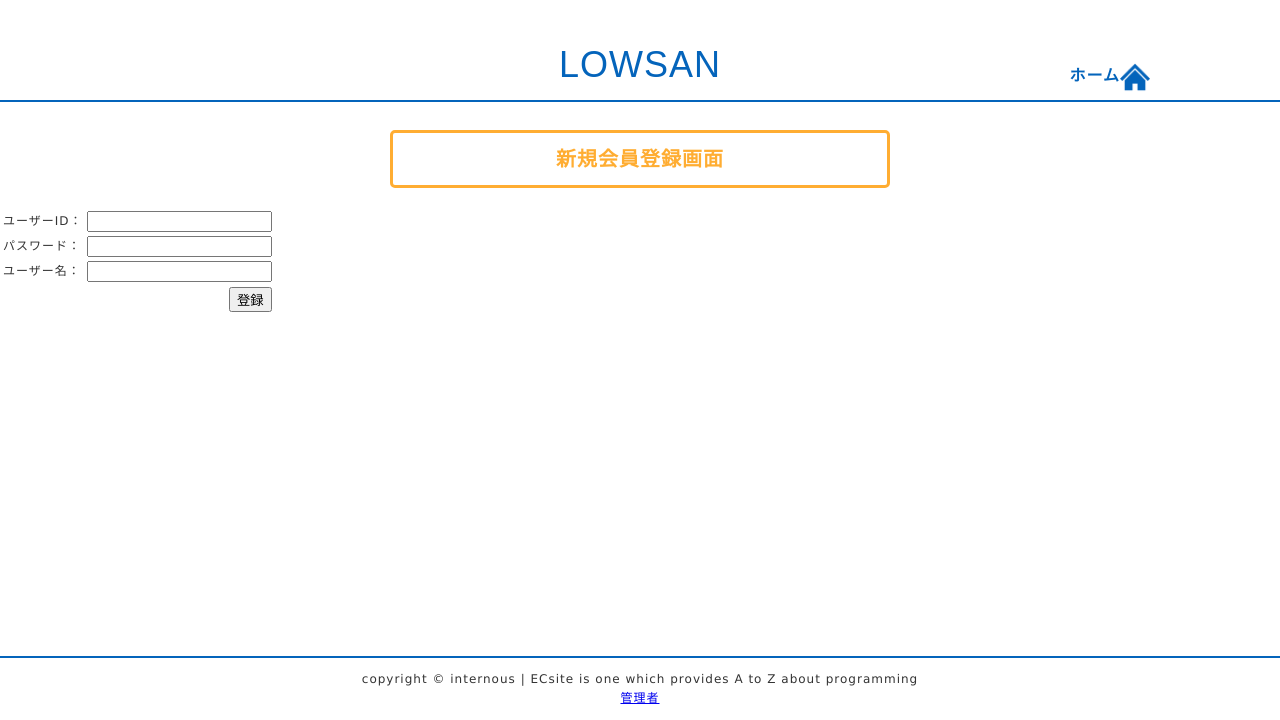
Repository: nishimura0212/myECsite
Page: http://localhost/ecsite/UserCreateAction
These files come from the project's save history. The page is drawn as it stood at one moment and after the next save; the edit follows.
The browser window is 1280 px wide. The pictures show the whole page.
The page is served by Tomcat 9. Other server files are loaded and not shown.

Above is the page before, as saved 2019-01-19 09:29:13.

### ecsite/WebContent/userCreate.jsp
<%@ page language="java" contentType="text/html; charset=UTF-8"
    pageEncoding="UTF-8"%>
<%@ taglib prefix="s" uri="/struts-tags" %>
<!DOCTYPE html>
<html>
<head>
<meta http-equiv="Content-Type" content="text/html; charset=UTF-8"/>
<meta http-equiv="Content-Script-Type" content="text/javascript"/>
<meta http-equiv="imagetoolbar" content="no"/>
<meta name="description" content=""/>
<meta name="keywords" content=""/>
<title>UserCreate画面</title>
<link rel="stylesheet" type="text/css" href="css/style.css">
</head>
<body>
	<div id="header">
		<p>LOWSAN</p>
		<div id="header-icon">
			<ul>
				<li class="icon">
					<a href="GoHomeAction">
					ホーム<img src="./img/icon/home.png" width="30px" height="30px">
					</a>
				</li>
			</ul>
		</div>
	</div>
	<div id="main">
		<div id="top">
			<p>新規会員登録画面</p>
		</div>
		<div>
			<s:if test="errorMessage != ''">
				<s:property value="errorMessage" escape="false" />
			</s:if>
			<table>
				<s:form action="UserCreateConfirmAction">
					<tr>
						<td><label>ユーザーID：</label></td>
						<td><input type="text" name="loginUserId" value="" /></td>
					</tr>
					<tr>
						<td><label>パスワード：</label></td>
						<td><input type="text" name="loginPassword" value="" /></td>
					</tr>
					<tr>
						<td><label>ユーザー名：</label></td>
						<td><input type="text" name="userName" value="" /></td>
					</tr>
					<s:submit value="登録" />
				</s:form>
			</table>
		</div>
	</div>
	<div id="footer">
		<p>copyright &copy; internous | ECsite is one which provides A to Z about programming<br/>
		<a href = '<s:url action="AdminAction"/>'>管理者</a></p>
	</div>
</body>
</html>

### ecsite/WebContent/css/style.css
@CHARSET "UTF-8";

/* bodyレイアウト */
body{
	margin: 0;
	padding: 0;
	height: 100%;
	height: auto;
	line-height: 1.6;
	letter-spacing: 1px;
	font-family: Verdana,Helvetica,sans-serif;
	font-size: 12px;
	color: #333;
	background: #fff;
}

/* headerレイアウト */
#header{
	position: fixed;
	left: 0;
	top: 0;
	z-index: 2;
	width: 100%;
	height: 100px;
	text-align: center;
	background-color: #fff;
	border-bottom: 2px solid #0464bb;
}
#header p{
	color: #0464bb;
	font-family: "メイリオ",sans-serif;
	font-size: 36px;
}
#header-icon{
	position: absolute;
	top: 50px;
	right: 100px;
}
#header-icon .icon{
	float: left;
	margin: 0 auto;
	margin-right: 30px;
	list-style-type: none;
	font-size: 16px;
	font-weight: bold;
}
#header-icon .icon img{
	clear: both;
	vertical-align: middle;
}
#header-icon .icon a{
	color: #0464bb;
	text-decoration:none;
}
.icon:hover{
	cursor: pointer;
}

/* mainレイアウト */
#main{
	position: relative;
	top: 110px;
	width: 100%;
	padding-bottom: 60px;
}

.waku{
	margin-top: 50px;
}

/* 見出しレイアウト */
#top{
	width: 500px;
	margin: 0px auto;
	margin-top: 10px;
	text-align: center;
}
#top p{
	font-size: 20px;
	font-weight: bold;
	border: 3px solid #FFAD32;
	border-radius: 5px;
	color: #FFAD32;
	background-color: #fff;
	padding: 10px 0px;
}

/* tableレイアウト */
.table{
	margin: 0 auto;
	width: 800px;
	font-size: 24px;
	padding: 40px 30px 50px 20px;
	background-color: #FFFDEB;
	color: #FFAD32;
	border-radius: 10px;
}

/* ログイン画面 */
.textarea{
	width: 100%;
	height: 30px;
	font-size: 22px;
	padding-left: 1%;
	border-radius: 15px;
}
input[type="text"]:focus {
	border: 2px solid #FFD493;
	outline: 0;
}
input[type="password"]:focus {
	border: 2px solid #FFD493;
	outline: 0;
}
.error{
	margin: 0 auto;
	width: 500px;
	text-align: center;
}
.error p{
	color: #FF5151;
	font-size: 14px;
}
.single{
	margin-top: 20px;
	text-align: center;
	padding: 20px;
}
.single_btn{
	width: 100px;
	height: 40px;
	padding: 5px;
	background-color: #FFAD32;
	font-size: 12px;
	font-weight: bold;
	color: white;
	border-color: none;
	border-radius: 20px;
}
.single_btn:hover{
	background-color: #F99500;
	cursor: pointer;
}

/* 会員画面 */
.comment{
	text-align: center;
	font-size: 14px;
}
.main-text{
	text-align: center;
	margin-top: 10px;
}
.userButton{
	margin-top: 20px;
	width: 300px;
	height: 100px;
	color: #FFFDEB;
	font-size: 24px;
	background-color: #FFAD32;
	border-radius: 20px;
}
.userButton:hover{
	cursor: pointer;
	background-color: #F99500;
}

/* カテゴリ選択画面 */
.categoryBox{
	margin: 0 auto;
	margin-top: 30px;
	width: 600px;
	text-align: center;
}
.category{
	margin: 0 auto;
	display: inline-block;
	text-align: center;
}
.categoryCircle{
	margin: 0 auto;
	float: left;
}
.circle{
	width: 200px;
	height: 200px;
	margin: 0px 20px 10px 20px;
	border-radius: 50%;
	font-size: 30px;
	border: 5px solid #FFBF60;
	background-color: #FFFDEB;
}
.circle:hover{
	background-color: #FFBF60;
	color: #FFFDEB;
	border: none;
	cursor: pointer;
}
#empty{
	clear: both;
}

/* 商品選択画面 */
.item-wrap{
	width: 700px;
	margin: 30px auto;
	height: 100%;
	padding-bottom: 60px;
}
.itemBox{
	width: 300px;
	height: 250px;
	text-align: center;
	border: 2px dotted gray;
	margin: 20px 20px 20px 20px;
	background-color: #f9fcb6;
}
.itemBox img{
	width: 250px;
	height: 250px;
}
.itemName{
	margin: 0;
	font-size: 15px;
}
.flex-container{
	display: inline-flex;
}

/* 商品購入画面 */
.containerA{
	margin: 0 auto;
	margin-top: 20px;
	margin-right: 50px;
	text-align: center;
}
.left{
	width: 300px;
	height: 300px;
}
.left img{
	width: 100%;
}
.right{
	height: 300px;
	font-size: 20px;
	margin-top: 30px;
	border-collapse: collapse;
}
.td-left{
	text-align: center;
	background-color: #FFBF60;
	border: 1px solid lightgray;
}
.td-right{
	text-align: left;
	padding: 0px 10px;
	border: 1px solid lightgray;
}
.td-submit{
	background-color: #fff;
}
.select{
	width: 50px;
	font-size: 20px;
}
.select:hover{
	cursor: pointer;
}
.block{
	width: 100px;
	display: block;
}

/* 商品購入確認画面 */
.containerB{
	margin: 0 auto;
	margin-left: 150px;
	text-align: center;
}
.button{
	position: relative;
	top: 350px;
	right: 210px;
}
.gray_btn{
	width: 100px;
	height: 40px;
	padding: 5px;
	background-color: #808080;
	font-size: 12px;
	font-weight: bold;
	color: white;
	border-color: none;
	border-radius: 20px;
}
.gray_btn:hover{
	background-color: #666666;
	cursor: pointer;
}

/* 商品購入完了画面 */
.center{
	width: 400px;
	margin: 0 auto;
	margin-top: 50px;
}
.comment p{
	height: 50px;
	line-height: 50px;
	font-size: 16px;
	border: 2px solid gray;
	border-radius: 5px;
}

/* 商品購入履歴画面 */
.history-table{
	margin:0 auto;
	font-size: 16px;
	border-collapse: collapse;
	border: 1px solid lightgray;
	text-align: center;
}
.history-table th{
	border: 1px solid lightgray;
}
.history-table td,.td-img{
	border: 1px solid lightgray;
}
.history-table tr:first-child{
	background-color: #FFBF60;
}
.td-img img{
	width: 100px;
	height: 100px;
}

/* 商品購入画面 */
.pay-method{
	text-align: center;
	font-size: 14px;
}
.pay-method h4{
	margin: 0 auto;
	margin-top: 20px;
	width: 300px;
	border: 2px solid #FFAD32;
	border-radius: 5px;
}





.buy-item-button{
	margin: 20px;
	width: 100px;
	height: 50px;
	background-color: #eee;
	border-radius: 20%;
}
.buy-item-button:hover{
	cursor: pointer;
	background-color: #f9fcb6;
}
.pointer:hover{
	cursor: pointer;
}
.button1{
	margin: 0 20px auto;
	float: left;
}
.submit{
	width: 300px;
	height: 400px;
	border-radius: 10%;
	background-color: #f8f8f8;
	font-size: 30px;
}
.submit:hover{
	box-shadow: none;
	background-color: #ffff80;
	cursor: pointer;
}
#text-link{
	display: inline-block;
	text-align: right;
}
#text-right{
	display: inline-block;
	text-align: right;
}
.text-right{
	display: inline-block;
	margin-left: 4%;
}
#wrap{
	margin: 0 40% auto;
}
#left{
	float: left;
	width: 50%;
}
#right{
	float: left;
	width: 50%;
}
.text-center{
	display: inline-block;
	text-align: center;
}
#text{
	clear: left;
	padding-top: 20px;
	width: 780px;
	margin: 30px auto;
}
.text{
	text-align: center;
}
#list{
	border: 2px dotted gray;
	width: 500px;
	height: 100px;
	background-color: lightyellow;
	margin: 30px auto;
}
#list ul li{
	display: inline-block;
	list-style-type: none;
	margin-right: 2em;
}
#button{
	display: inline-block;
	text-align: center;
}
#empty{
	clear: both;
}
.button{
	margin: 0 auto;
	float: left;
	margin-right: 10px;
}
.button:hover{
	cursor: pointer;
}
.category_button{
	margin: 0 auto;
	float: left;
}
.item{
	width: 200px;
	height: 200px;
	margin: 0px 20px 10px 20px;
	border-radius: 50%;
	font-size: 30px;
}





/* footerレイアウト */
#footer{
	clear: both;
	position: fixed;
	left: 0;
	bottom: 0;
	z-index: 2;
	width: 100%;
	background-color: #fff;
	border-top: 2px solid #0464bb;
}
#footer p{
	text-align: center;
}

After the next save:
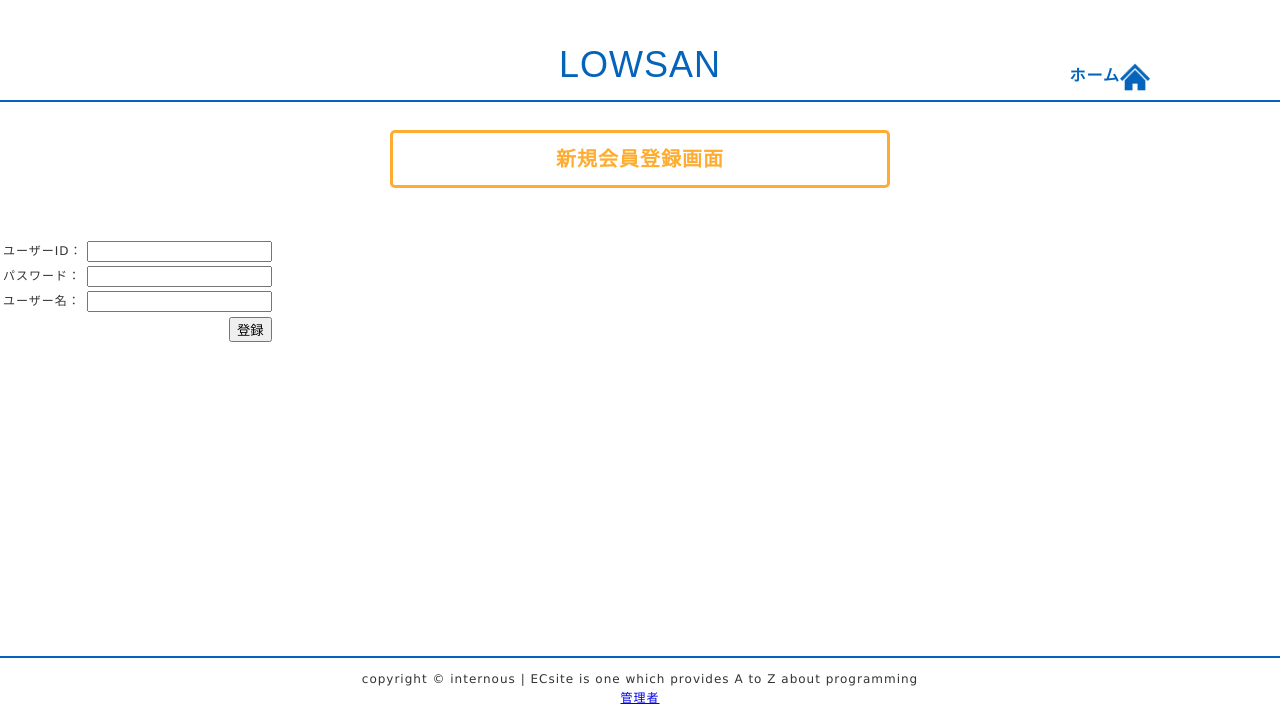
Saved 2 min 1 s later.
--- a/ecsite/WebContent/userCreate.jsp
+++ b/ecsite/WebContent/userCreate.jsp
@@ -29,7 +29,7 @@
 		<div id="top">
 			<p>新規会員登録画面</p>
 		</div>
-		<div>
+		<div class="waku">
 			<s:if test="errorMessage != ''">
 				<s:property value="errorMessage" escape="false" />
 			</s:if>
